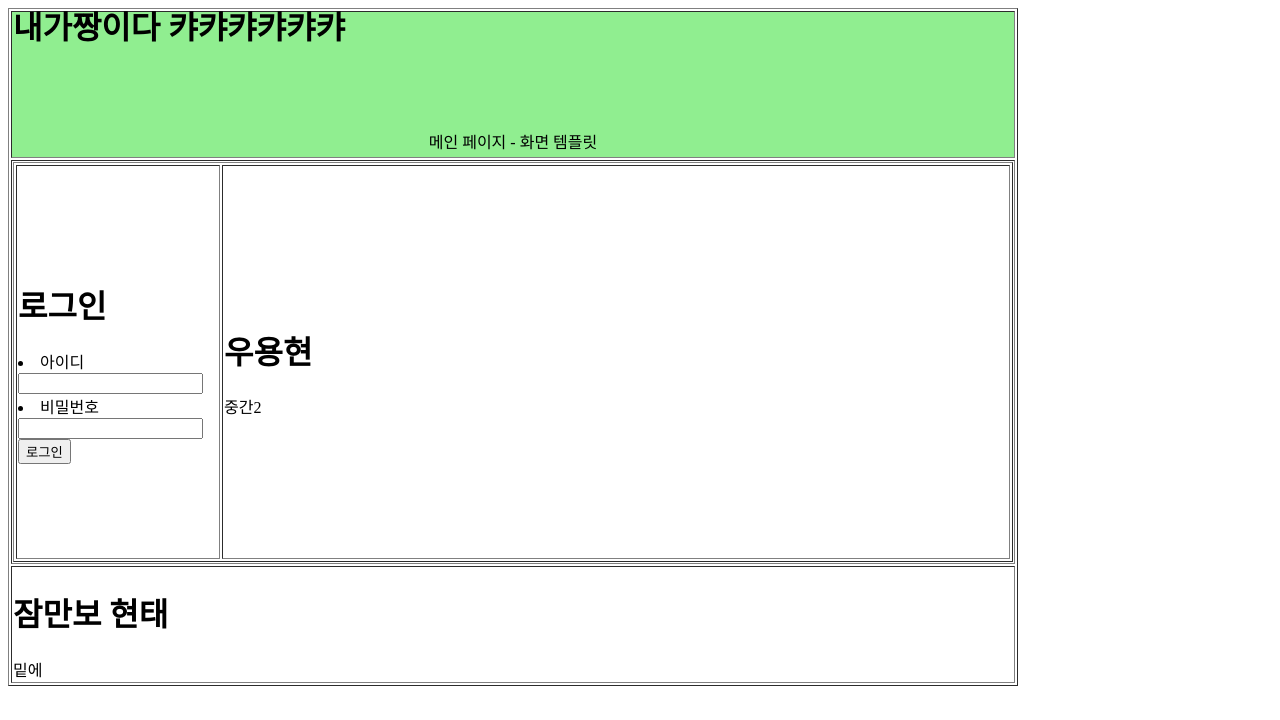
Repository: ikobean/ikoebean
Page: http://localhost/dev_jsp/ch07/index.jsp
An editor plug-in stored every save of this project. The page is shown before and after the next save, followed by the edit.
The browser window is 1280 px wide. The pictures show the whole page.
The page is served by Tomcat 9. Other server files are loaded and not shown.

Above is the page before, as saved 2019-07-17 02:15:15.

### workspace_jsp/dev_jsp/WebContent/ch07/index.jsp
<%@ page language="java" contentType="text/html; charset=UTF-8"
    pageEncoding="UTF-8"%>
<!DOCTYPE html>
<html>
<head>
<meta charset="UTF-8">
<title>Insert title here</title>
</head>
<body>
<table border=1 width="1000" height="500">
<!-- top 영억 -->
	<tr>
	<td height="50" bgcolor=lightgreen>
	탑
	<jsp:include page="top.jsp" flush="false"/></td>
	</tr>
<!-- body 영억 -->
	<tr>
		<td>
			<table border=1 width="1000" height="400">
				<tr>
<!-- menu 영억 -->
					<td width="200" >
					<jsp:include page="menu.jsp" flush="false"/>

					</td>
<!-- main 영억 -->
					<td>
					<jsp:include page="main.jsp" flush="false"/>
						중간2
					</td>
				</tr>

			</table>
		</td>
	</tr>
<!-- bottom 영억 -->
	<tr>
		<td height="50">
		<jsp:include page="bottom.jsp" flush="false"/>
		밑에
		</td>
	</tr>
</table>
</body>
</html>

### workspace_jsp/dev_jsp/WebContent/ch07/top.jsp
<%@ page language="java" contentType="text/html; charset=UTF-8"
    pageEncoding="UTF-8"%>
<!DOCTYPE html>
<html>
<head>
<meta charset="UTF-8">
<title>Insert title here</title>
</head>
<body>
<h1>내가짱이다 캬캬캬캬캬캬</h1>
<table width="100%" height="100%">
	<tr>
		<td align="center">
	메인 페이지 - 화면 템플릿
		</td>
	</tr>
</table>
</body>
</html>

### workspace_jsp/dev_jsp/WebContent/ch07/menu.jsp
<%@ page language="java" contentType="text/html; charset=UTF-8"
    pageEncoding="UTF-8"%>
<!DOCTYPE html>
<html>
<head>
<meta charset="UTF-8">
<title>Insert title here</title>
</head>
<body>
<h1>로그인</h1>

<li>아이디</li>
<input type="text">
<li>비밀번호</li>
<input type="text">
<input type='button' value="로그인" onclick=alert("암것도없지롱")>
</body>
</html>

### workspace_jsp/dev_jsp/WebContent/ch07/main.jsp
<%@ page language="java" contentType="text/html; charset=UTF-8"
    pageEncoding="UTF-8"%>
<!DOCTYPE html>
<html>
<head>
<meta charset="UTF-8">
<title>Insert title here</title>
</head>
<body>
<h1>우용현</h1>

</body>
</html>

### workspace_jsp/dev_jsp/WebContent/ch07/bottom.jsp
<%@ page language="java" contentType="text/html; charset=UTF-8"
    pageEncoding="UTF-8"%>
<!DOCTYPE html>
<html>
<head>
<meta charset="UTF-8">
<title>Insert title here</title>
</head>
<body>
<h1>잠만보 현태</h1>

</body>
</html>

After the next save:
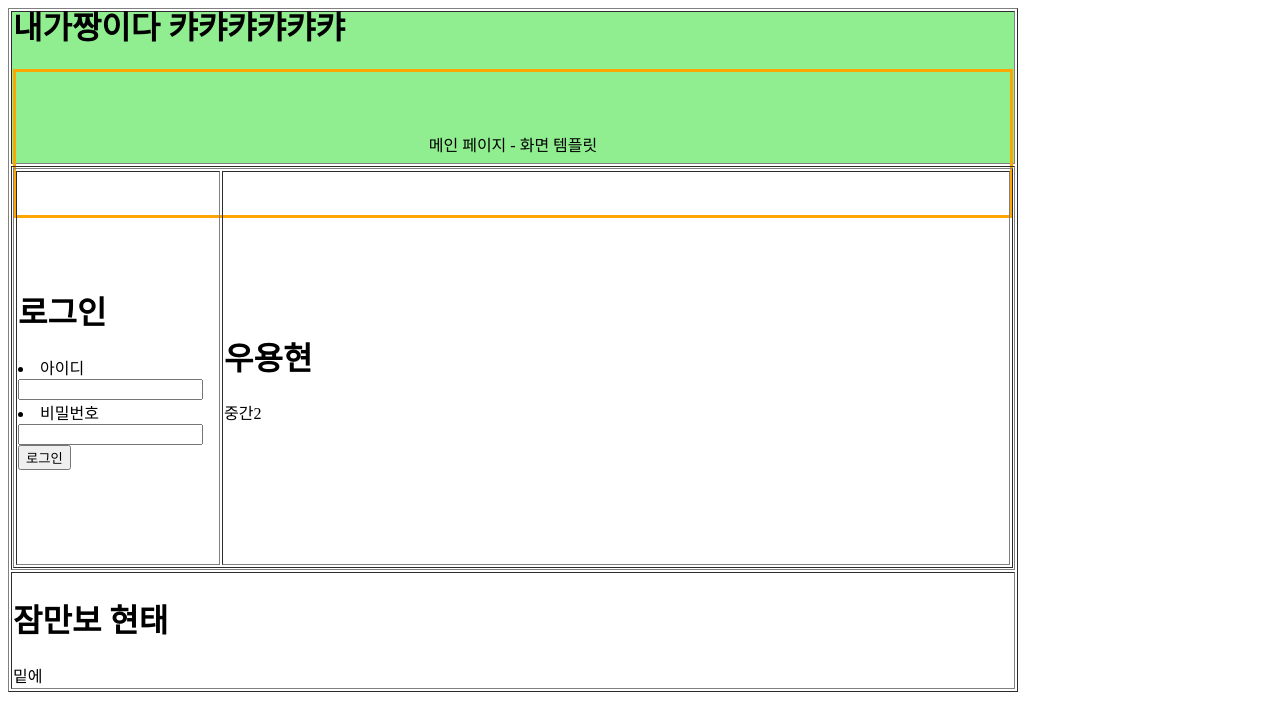
Saved 16 s later.
--- a/workspace_jsp/dev_jsp/WebContent/ch07/top.jsp
+++ b/workspace_jsp/dev_jsp/WebContent/ch07/top.jsp
@@ -8,7 +8,7 @@
 </head>
 <body>
 <h1>내가짱이다 캬캬캬캬캬캬</h1>
-<table width="100%" height="100%">
+<table width="100%" height="100%" borderColor="orange">
 	<tr>
 		<td align="center">
 	메인 페이지 - 화면 템플릿

After the save that followed:
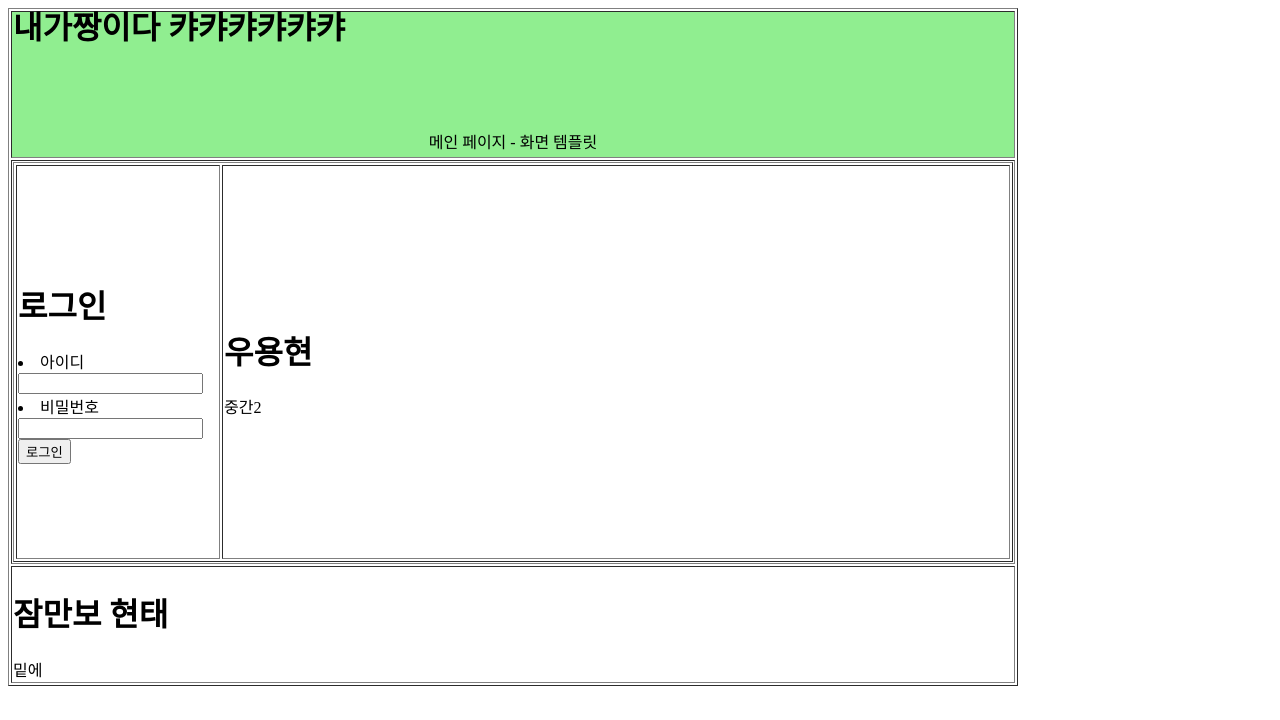
Saved 8 s later.
--- a/workspace_jsp/dev_jsp/WebContent/ch07/top.jsp
+++ b/workspace_jsp/dev_jsp/WebContent/ch07/top.jsp
@@ -8,7 +8,7 @@
 </head>
 <body>
 <h1>내가짱이다 캬캬캬캬캬캬</h1>
-<table width="100%" height="100%" borderColor="orange">
+<table width="100%" height="100%" borderColor="orange" border=0.5>
 	<tr>
 		<td align="center">
 	메인 페이지 - 화면 템플릿
